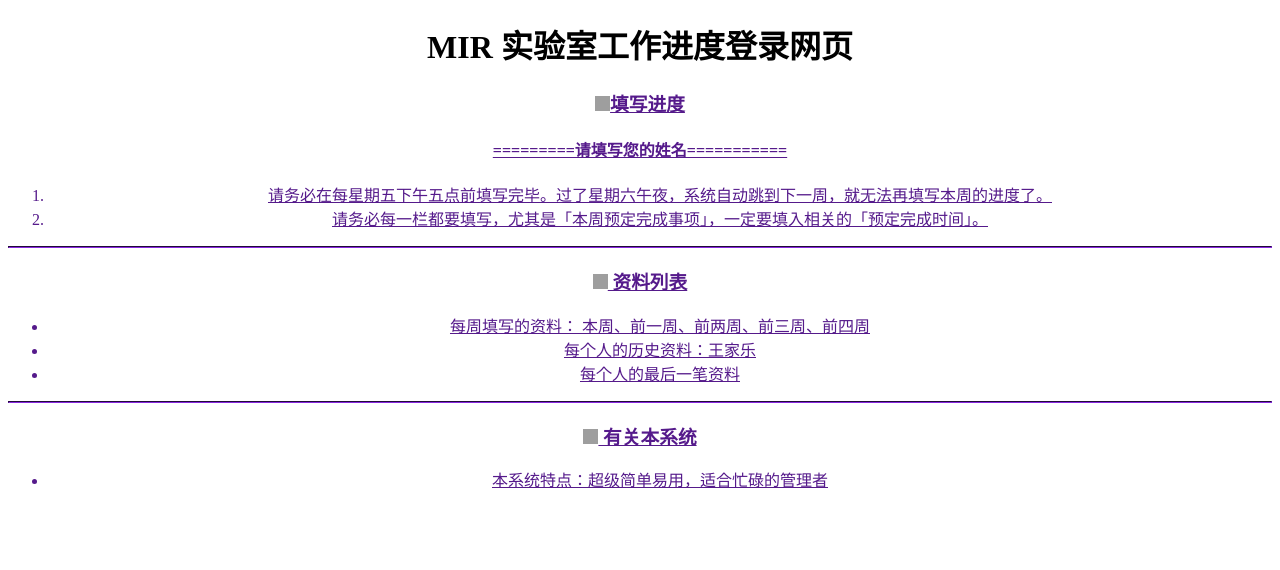
Repository: Cucujn/TRY
Page: http://localhost/MIR/default.jsp
These files come from the project's save history. The page is drawn as it stood at one moment and after the next save; the edit follows.
The browser window is 1280 px wide. The pictures show the whole page.
Pictures or frames that could not be fetched are drawn as grey boxes. The page is served by Tomcat 9. Other server files are loaded and not shown.

Above is the page before, as saved 2017-12-04 08:52:19.

### MIR/WebContent/default.jsp
<%@ page language="java" contentType="text/html; charset=UTF-8"
    pageEncoding="UTF-8"%>
<!DOCTYPE html PUBLIC "-//W3C//DTD HTML 4.01 Transitional//EN" "http://www.w3.org/TR/html4/loose.dtd">
<html>
<head>
<meta http-equiv="Content-Type" content="text/html; charset=UTF-8">
<title>主界面</title>
</head>
<body>
<center>
<h1>MIR 实验室工作进度登录网页</h1>
<a href=""
</center>
<h3><img src="http://img.25pp.com/uploadfile/youxi/images/2014/0531/20140531120644801.jpg" width=15 height=15>填写进度</h3>
<center>
<h4>=========请填写您的姓名===========</h4>
</center>
<ol>
<li>请务必在每星期五下午五点前填写完毕。过了星期六午夜，系统自动跳到下一周，就无法再填写本周的进度了。
<li>请务必每一栏都要填写，尤其是「本周预定完成事项」，一定要填入相关的「预定完成时间」。
</ol>
<hr>

<h3><img src="http://img.25pp.com/uploadfile/youxi/images/2014/0531/20140531120644801.jpg" width=15 height=15>
资料列表</h3>
<ul>
<li>每周填写的资料： 本周、前一周、前两周、前三周、前四周
<li>每个人的历史资料：王家乐
<li>每个人的最后一笔资料
</ul>
<hr>

<!-- /////////// -->


<h3><img src="http://img.25pp.com/uploadfile/youxi/images/2014/0531/20140531120644801.jpg" width=15 height=15>
有关本系统</h3>
<ul>
<li>本系统特点：超级简单易用，适合忙碌的管理者
</ul>
</body>
</html>

After the next save:
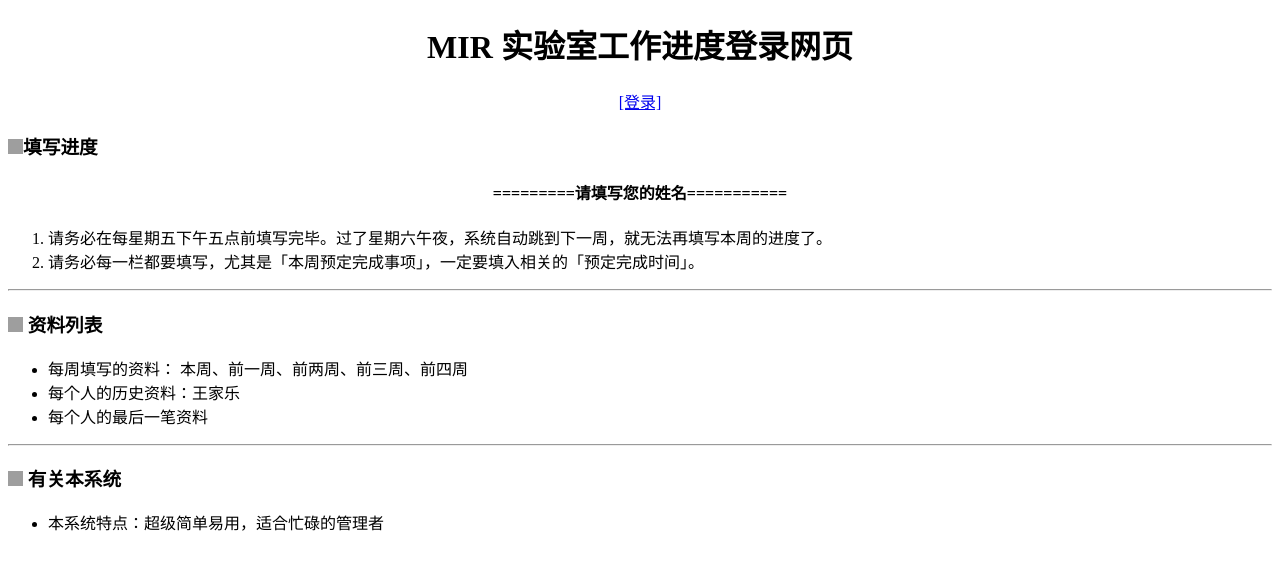
Saved 20 s later.
--- a/MIR/WebContent/default.jsp
+++ b/MIR/WebContent/default.jsp
@@ -9,7 +9,7 @@
 <body>
 <center>
 <h1>MIR 实验室工作进度登录网页</h1>
-<a href=""
+<a href="http://localhost:8080/MIR/register.jsp">[登录]</a>
 </center>
 <h3><img src="http://img.25pp.com/uploadfile/youxi/images/2014/0531/20140531120644801.jpg" width=15 height=15>填写进度</h3>
 <center>
